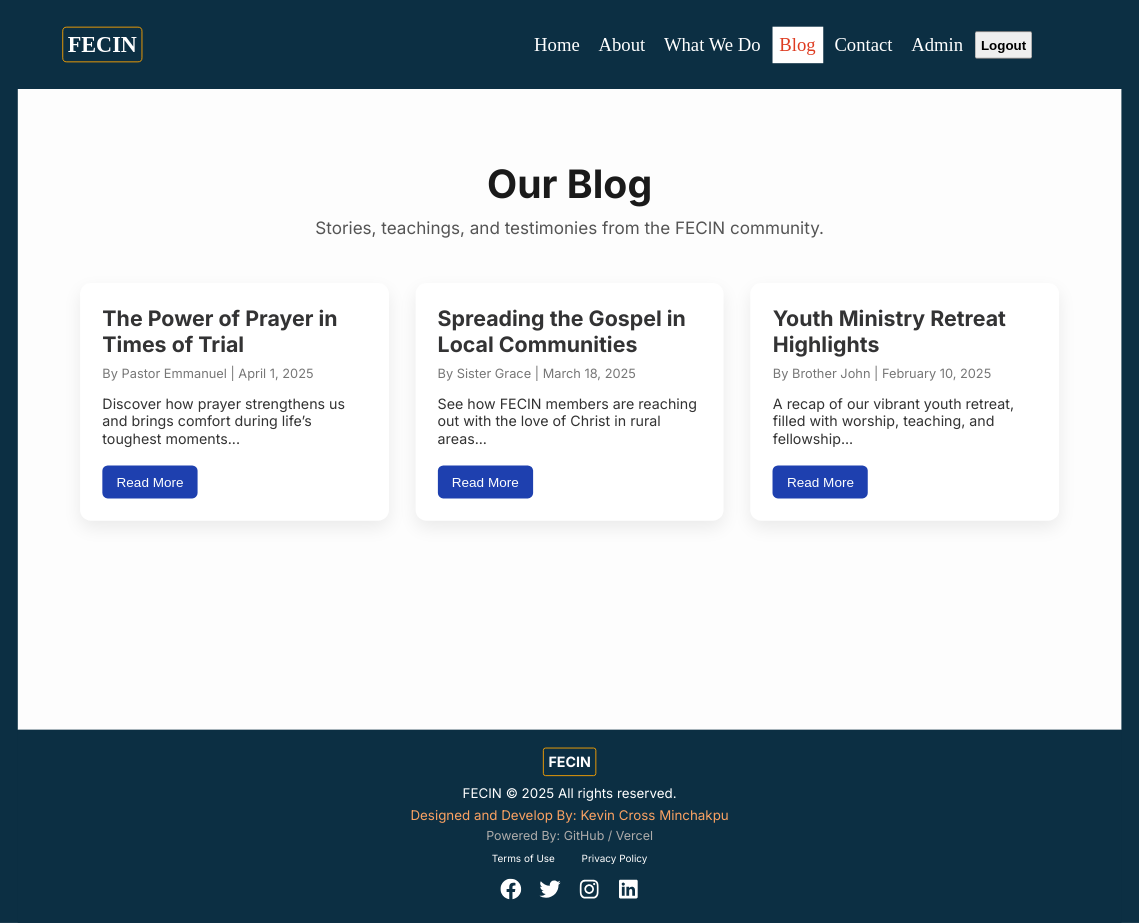
Repository: KCMinchakpu/fecin-projectgs497
Page: /blog
An editor plug-in stored every save of this project. The page is shown before and after the next save, followed by the edit.
The browser window is 1280 px wide. The pictures show the whole page, at 89% of full size.
The project was rebuilt for these pictures with package versions that can differ from the ones it lists, and the page was loaded fresh each time. The framework's server and built-in components were replaced by stand-ins that run in the browser. Also part of the build but not shown: next.config.mjs.

Above is the page before, as saved 2025-04-05 17:23:27.

After the next save:
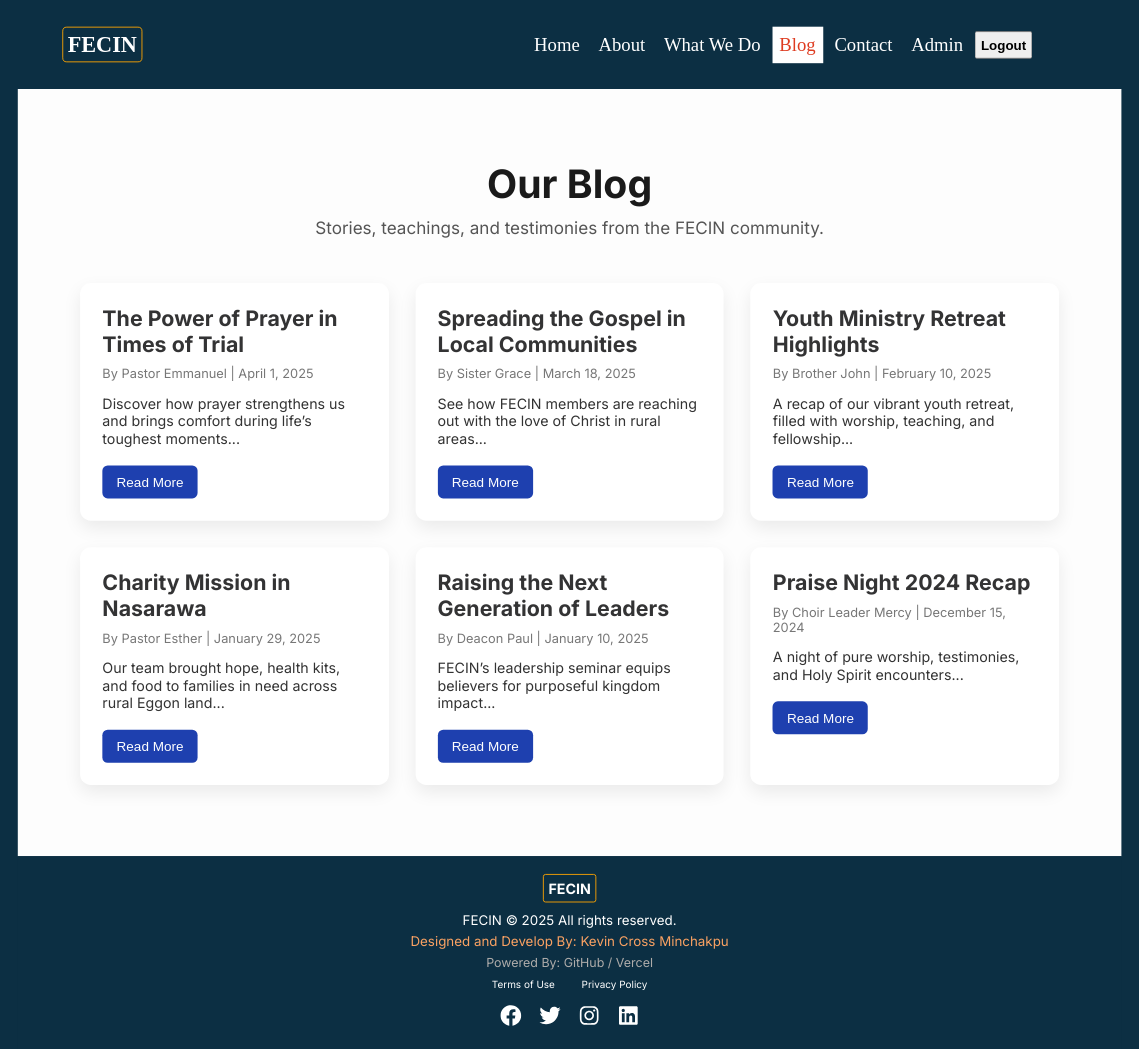
Saved 116 s later.
--- a/src/app/blog/page.jsx
+++ b/src/app/blog/page.jsx
@@ -19,6 +19,24 @@ const blogPosts = [
     excerpt: 'A recap of our vibrant youth retreat, filled with worship, teaching, and fellowship...',
     date: 'February 10, 2025',
     author: 'Brother John',
+  },
+  {
+    title: 'Charity Mission in Nasarawa',
+    excerpt: 'Our team brought hope, health kits, and food to families in need across rural Eggon land...',
+    date: 'January 29, 2025',
+    author: 'Pastor Esther',
+  },
+  {
+    title: 'Raising the Next Generation of Leaders',
+    excerpt: 'FECIN’s leadership seminar equips believers for purposeful kingdom impact...',
+    date: 'January 10, 2025',
+    author: 'Deacon Paul',
+  },
+  {
+    title: 'Praise Night 2024 Recap',
+    excerpt: 'A night of pure worship, testimonies, and Holy Spirit encounters...',
+    date: 'December 15, 2024',
+    author: 'Choir Leader Mercy',
   },
 ];
 
